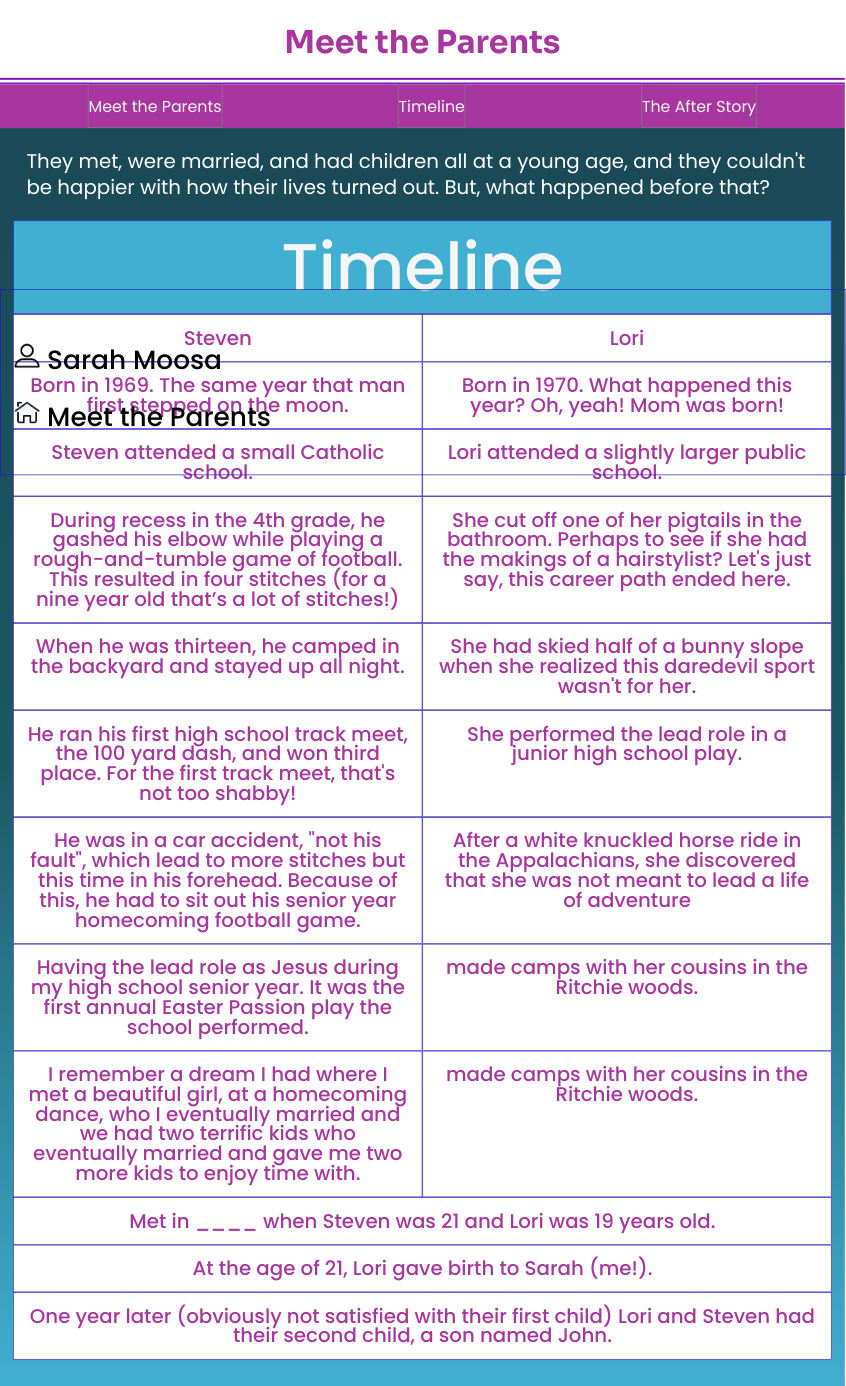
Repository: Sbethm/parents-tribute
Page: timeline.html
These files come from the project's save history. The page is drawn as it stood at one moment and after a run of saves; the edit follows.
The browser window is 1280 px wide. The page is 1282 px wide, so the pictures cover 1282 px, including what lies to the right of the window. The pictures show the whole page, at 66% of full size.

Above is the page before, as saved 2021-02-11 17:19:13.

### timeline.html
<!DOCTYPE html>
<html>
    <head>
      <meta charset="UTF-8">
      <title>Meet the Parents</title>
      <meta name="description" content="A choose your own story adventure game">
      <meta name="viewport" content="width=device-width, initial-scale=1.0">
      <link rel="preconnect" href="https://fonts.gstatic.com">
      <link href="https://fonts.googleapis.com/css2?family=Poppins:ital,wght@0,400;0,500;0,600;0,700;0,800;0,900;1,400;1,500;1,600;1,700;1,800;1,900&family=Sora:wght@400;500;600;700;800&display=swap" rel="stylesheet"> <!--
        This is used for headings:
        font-family: 'Sora', sans-serif;
        This is used for content:
        font-family: 'Poppins', sans-serif;-->
      <link href="style.css" type="text/css" rel="stylesheet">
    </head>

    <body>

      <header>
        <h1>Meet the Parents</h1>
        <nav class="navigation">
          <a href="index.html">Meet the Parents</a>
          <a href="timeline.html">Timeline</a>
          <a href="aftermarriage.html">The After Story</a>
          </nav>
      </header>
      <main>
        <section>
            <p>They met, were married, and had children all at a young age, and they couldn't be happier with how their lives turned out. But, what happened before that?</p>
        </section>
        <div class="grid">
            <div class="grid-box tl">Timeline</div>
            <div class="grid-box dad">Steven</div>
            <div class="grid-box mom">Lori</div>
            <!---------Dad's Grid Boxes---------->
            <div class="grid-box f-1">Born in 1969. The same year that man  first stepped on the moon.</div>
            <div class="grid-box f-2">Steven attended a small Catholic school.</div>
            <div class="grid-box f-3">During recess in the 4th grade, he gashed his elbow while playing a rough-and-tumble game of football. This resulted in four stitches (for a nine year old that’s a lot of stitches!)</div>
            <div class="grid-box f-4">When he was thirteen, he camped in the backyard and stayed up all night.</div>
            <div class="grid-box f-5">He ran his first high school track meet, the 100 yard dash, and won third place. For the first track meet, that's not too shabby!</div>
            <div class="grid-box f-6">He was in a car accident, "not his fault", which lead to more stitches but this time in his forehead. Because of this, he had to sit out his senior year homecoming football game.</div>
            <div class="grid-box f-7">Having the lead role as Jesus during my high school senior year. It was the first annual Easter Passion play the school performed.</div>
            <div class="grid-box f-8">I remember a dream I had where I met a beautiful girl, at a homecoming dance, who I eventually married and we had two terrific kids who eventually married and gave me two more kids to enjoy time with.</div>
            <!---------Mom's Grid Boxes---------->
            <div class="grid-box m-1">Born in 1970. What happened this year? Oh, yeah! Mom was born!</div>
            <div class="grid-box m-2">Lori attended a slightly larger public school.</div>
            <div class="grid-box m-3">She cut off one of her pigtails in the bathroom. Perhaps to see if she had the makings of a hairstylist? Let's just say, this career path ended here.</div>
            <div class="grid-box m-4">She had skied half of a bunny slope when she realized this daredevil sport wasn't for her.</div>
            <div class="grid-box m-5">She performed the lead role in a junior high school play.</div>
            <div class="grid-box m-6">After a white knuckled horse ride in the Appalachians, she discovered that she was not meant to lead a life of adventure</div>
            <div class="grid-box m-7">made camps with her cousins in the Ritchie woods.</div>
            <div class="grid-box m-8">made camps with her cousins in the Ritchie woods.</div>
            <!--------After They Met Boxes------->
            <div class="grid-box fm-1">Met in ____ when Steven was 21 and Lori was 19 years old.</div>
            <div class="grid-box fm-2">At the age of 21, Lori gave birth to Sarah (me!).</div>
            <div class="grid-box fm-3">One year later (obviously not satisfied with their first child) Lori and Steven had their second child, a son named John.</div>
        </div>
      </main>
      <footer>
        <img class="icon" src="img/profile_icon.png" alt="profile icon">
        Sarah Moosa
        <br><br>
        <img class="icon" src="img/home_icon.png" alt="home icon">
        Meet the Parents
      </footer>
    </body>

</html>

### style.css
/*
html5doctor.com Reset Stylesheet
v1.6.1
Last Updated: 2010-09-17
Author: Richard Clark - http://richclarkdesign.com
Twitter: @rich_clark
*/

html, body, div, span, object, iframe,
h1, h2, h3, h4, h5, h6, p, blockquote, pre,
abbr, address, cite, code,
del, dfn, em, img, ins, kbd, q, samp,
small, strong, sub, sup, var,
b, i,
dl, dt, dd, ol, ul, li,
fieldset, form, label, legend,
table, caption, tbody, tfoot, thead, tr, th, td,
article, aside, canvas, details, figcaption, figure,
footer, header, hgroup, menu, nav, section, summary,
time, mark, audio, video {
    margin:0;
    padding:0;
    border:0;
    outline:0;
    font-size:100%;
    vertical-align:baseline;
    background:transparent;
}

body {
    line-height:1;
}

article,aside,details,figcaption,figure,
footer,header,hgroup,menu,nav,section {
    display:block;
}

nav ul {
    list-style:none;
}

blockquote, q {
    quotes:none;
}

blockquote:before, blockquote:after,
q:before, q:after {
    content:'';
    content:none;
}

a {
    margin:0;
    padding:0;
    font-size:100%;
    vertical-align:baseline;
    background:transparent;
}

/* change colours to suit your needs */
ins {
    background-color:#ff9;
    color:#000;
    text-decoration:none;
}

/* change colours to suit your needs */
mark {
    background-color:#ff9;
    color:#000;
    font-style:italic;
    font-weight:bold;
}

del {
    text-decoration: line-through;
}

abbr[title], dfn[title] {
    border-bottom:1px dotted;
    cursor:help;
}

table {
    border-collapse:collapse;
    border-spacing:0;
}

/* change border colour to suit your needs */
hr {
    display:block;
    height:1px;
    border:0;
    border-top:1px solid #cccccc;
    margin:1em 0;
    padding:0;
}

input, select {
    vertical-align:middle;
}

/* MY CODE BELOW */

body {
    width: 100vw;
}

main {
    width: calc(100vw - 40px);
    height: auto;
    padding: 20px 20px;
    background-color: rgb(255, 255, 255);
}

header {
    width: 100vw;
    padding-top: 40px;
    color: rgb(168, 54, 159);
    background-color: rgb(255, 255, 255);
    display: flex;
    flex-direction: column;
    justify-content: center;
}

h1 {
    width: 100%;
    font-family: 'Sora', sans-serif;
    font-size: 3em;
    font-weight: 700;
    text-align: center;
    border-bottom: double 10px rgb(140, 23, 187);
    padding-bottom: 30px;
}

.navigation {
    width: 100%;
    background-color: rgb(168, 54, 159);
    text-align: center;
    display: flex;
    flex-direction: row;
    justify-content: space-around;
}

a {
    padding: 20px 0;
    background-color: rgb(168, 54, 159);
    font-family: 'Poppins', sans-serif;
    font-size: 1em;
    color: whitesmoke;
    text-decoration: none;
    border: solid 1px grey;
}

a:hover {
    background-color: wheat;
}

section {
    width: 100%;
    background-color: rgb(65, 175, 209);
    border: solid 1px rgb(40, 23, 187);
}

h2 {
    max-width: 100%;
    padding: 10px 20px;
    font-family: 'Sora', sans-serif;
    font-size: 1.5em;
    font-weight: 600;
    color: rgb(168, 54, 159);
}

.disney-adventure__img,
.img-sitting {
    max-width: 100%;
    height: auto;
    justify-content: center;
    align-content: center;
    border-top: solid 3px whitesmoke;
    border-bottom: solid 3px whitesmoke;
}

p {
    padding: 10px 20px;
    font-family: 'Poppins', sans-serif;
    font-size: 1em;
    line-height: 20px;
    color: rgb(255, 255, 255);
}

.grid {
    display: grid;
    margin: 20px 0;
    grid-template-columns: 1fr 1fr;
    grid-template-rows: repeat(13, fit-content);
    grid-template-areas:
        "tl tl"
        "dad mom"
        "f-1 m-1"
        "f-2 m-2"
        "f-3 m-3"
        "f-4 m-4"
        "f-5 m-5"
        "f-6 m-6"
        "f-7 m-7"
        "f-8 m-8"
        "fm-1 fm-1"
        "fm-2 fm-2"
        "fm-3 fm-3";
}

.grid-box {
    border: solid 1px rgb(40, 23, 187);
    background-color: rgb(255, 255, 255);
    padding: 5px;
    color: rgb(168, 54, 159);
    text-align: center;
    font-family: 'Poppins', sans-serif;
    font-weight: 500;
    font-size: 1em;
}

.tl {
    grid-area: tl;
    font-size: 1.5em;
    font-weight: 500;
    color: whitesmoke;
    background-color: rgb(65, 175, 209);
}
.dad {
    grid-area: dad;
}

.mom {
    grid-area: mom;
}

.f-1 {
    grid-area: f-1;
}

.f-2 {
    grid-area: f-2;

}

.f-3 {
    grid-area: f-3;

}

.f-4 {
    grid-area: f-4;

}

.f-5 {
    grid-area: f-5;

}

.f-6 {
    grid-area: f-6;

}

.f-7 {
    grid-area: f-7;

}

.f-8 {
    grid-area: f-8;

}

.m-1 {
    grid-area: m-1;
}

.m-2 {
    grid-area: m-2;
}

.m-3 {
    grid-area: m-3;
}

.m-4 {
    grid-area: m-4;
}

.m-5 {
    grid-area: m-5;
}

.m-6 {
    grid-area: m-6;
}

.m-7 {
    grid-area: m-7;
}

.m-8 {
    grid-area: m-8;
}

.fm-1 {
    grid-area: fm-1;
}

.fm-2 {
    grid-area: fm-2;
}

.fm-3 {
    grid-area: fm-3;
}

footer {
    width: calc(100vw - 40px);
    height: 100px;
    padding: 40px 20px 0 20px;
    position: absolute;
    bottom: 0;
    font-family: 'Poppins', sans-serif;
    font-size: 1em;
    font-weight: 500;
    border: solid 1px rgb(40, 23, 187);
}

.icon {
    width: 20px;
    height: auto;
}


@media screen and (min-width: 700px) and (max-width: 1500px) {

    main {
        background-image: linear-gradient(180deg, rgb(26, 73, 87), rgb(27, 87, 100), rgb(65, 175, 209));
    }

    a {
        font-size: 1.5em;
    }
    p {
        padding: 0;
        font-family: 'Poppins', sans-serif;
        font-size: 0.25em;
        line-height: 20px;
        color: rgb(255, 255, 255);
    }

    section {
        width: 100%;
        background-color: rgb(40, 23, 187, 0);
        border: none;
    }

    .section__intro {
        display: grid;
        grid-template-columns: 50% 50%;
        grid-template-rows: 100px 400px;
        grid-template-areas:
            "title p1"
            "picture p2";
    }

    section h2 {
        grid-area: title;
        align-self: center;
        justify-self: center;
    }

    h2 {
        font-size: 2.5em;
        color: rgb(243, 101, 231);
    }

    .img-sitting {
        max-height: 360px;
        margin-bottom: 20px;
        border: double 3px whitesmoke;
        grid-area: picture;
        justify-self: center;
        align-self: center;
    }

    .p1 {
        align-self: flex-start;
        grid-area: p2;
        font-size: 1.5em;
        padding-left: 40px;
    }

    .p2 {
        align-self: flex-end;
        grid-area: p2;
        font-size: 1.5em;
        padding-left: 40px;
        padding-bottom: 30px;
    }

    p {
        padding: 10px 20px;
        font-family: 'Poppins', sans-serif;
        font-size: 30px;
        line-height: 40px;
        color: rgb(255, 255, 255);
    }

    .grid {
        display: grid;
        margin: 20px 0;
        grid-template-columns: 1fr 1fr;
        grid-template-rows: repeat(13, fit-content);
        grid-template-areas:
            "tl tl"
            "dad mom"
            "f-1 m-1"
            "f-2 m-2"
            "f-3 m-3"
            "f-4 m-4"
            "f-5 m-5"
            "f-6 m-6"
            "f-7 m-7"
            "f-8 m-8"
            "fm-1 fm-1"
            "fm-2 fm-2"
            "fm-3 fm-3";
    }

    .grid-box {
        border: solid 1px rgb(40, 23, 187);
        background-color: rgb(255, 255, 255);
        padding: 20px;
        color: rgb(168, 54, 159);
        text-align: center;
        font-family: 'Poppins', sans-serif;
        font-weight: 500;
        font-size: 30px;
    }

    .tl {
        grid-area: tl;
        font-size: 100px;
        font-weight: 500;
        color: whitesmoke;
        background-color: rgb(65, 175, 209);
    }
    .dad {
        grid-area: dad;
    }

    .mom {
        grid-area: mom;
    }

    .f-1 {
        grid-area: f-1;
    }

    .f-2 {
        grid-area: f-2;

    }

    .f-3 {
        grid-area: f-3;

    }

    .f-4 {
        grid-area: f-4;

    }

    .f-5 {
        grid-area: f-5;

    }

    .f-6 {
        grid-area: f-6;

    }

    .f-7 {
        grid-area: f-7;

    }

    .f-8 {
        grid-area: f-8;

    }

    .m-1 {
        grid-area: m-1;
    }

    .m-2 {
        grid-area: m-2;
    }

    .m-3 {
        grid-area: m-3;
    }

    .m-4 {
        grid-area: m-4;
    }

    .m-5 {
        grid-area: m-5;
    }

    .m-6 {
        grid-area: m-6;
    }

    .m-7 {
        grid-area: m-7;
    }

    .m-8 {
        grid-area: m-8;
    }

    .fm-1 {
        grid-area: fm-1;
    }

    .fm-2 {
        grid-area: fm-2;
    }

    .fm-3 {
        grid-area: fm-3;
    }

    footer {
        width: calc(100vw - 40px);
        height: 200px;
        padding: 80px 20px 0 20px;
        font-family: 'Poppins', sans-serif;
        font-size: 40px;
        font-weight: 500;
        border: solid 1px rgb(40, 23, 187);
    }

    .icon {
        width: 40px;
        height: auto;
    }
}

/*@media only screen and (min-width: 900px) {
}*/

After the next 6 saves:
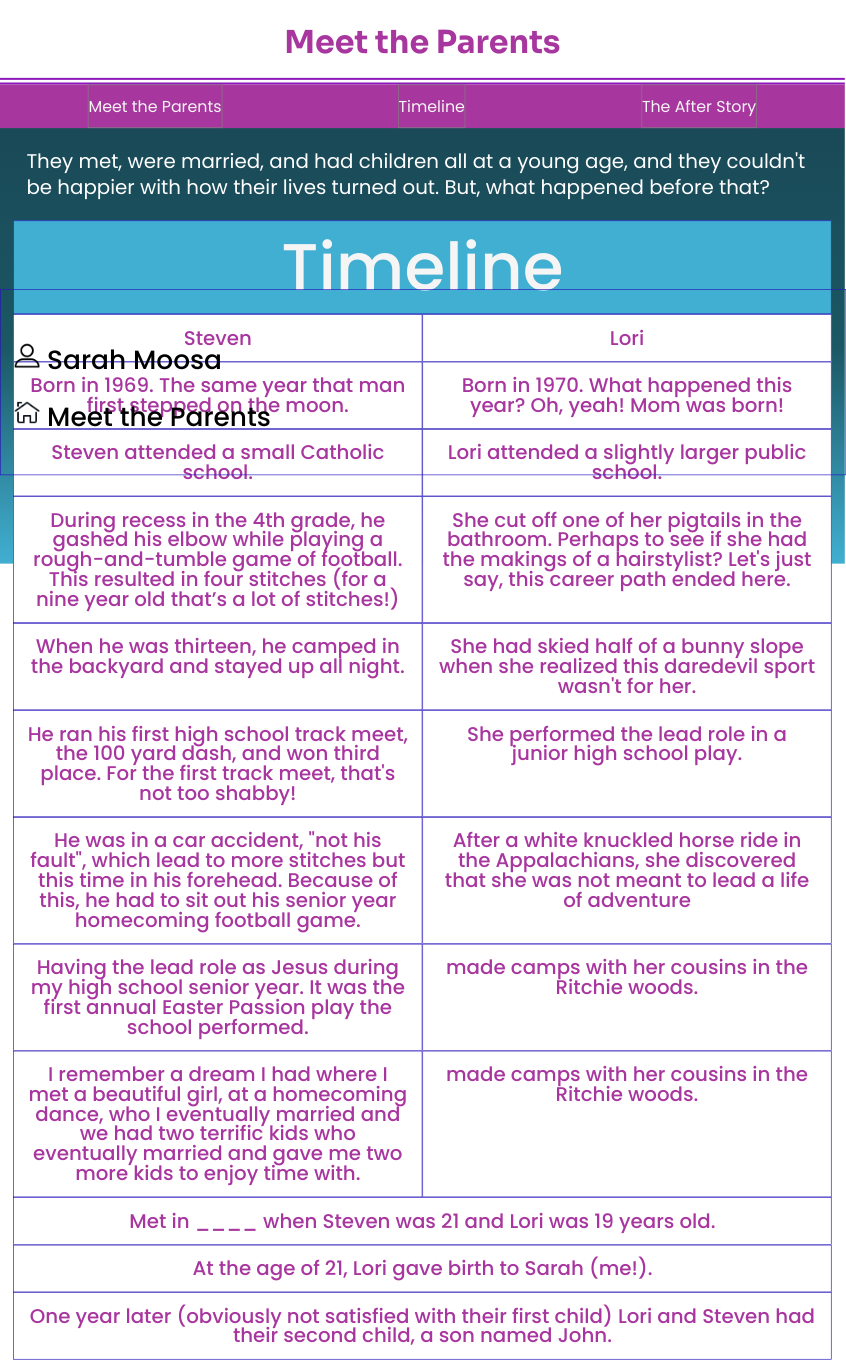
The 6 saves are shown as one change because they came seconds apart.
The last was saved 40 s later.
--- a/style.css
+++ b/style.css
@@ -109,7 +109,7 @@ body {
 
 main {
     width: calc(100vw - 40px);
-    height: auto;
+    height: calc(100vh - 100px);
     padding: 20px 20px;
     background-color: rgb(255, 255, 255);
 }
